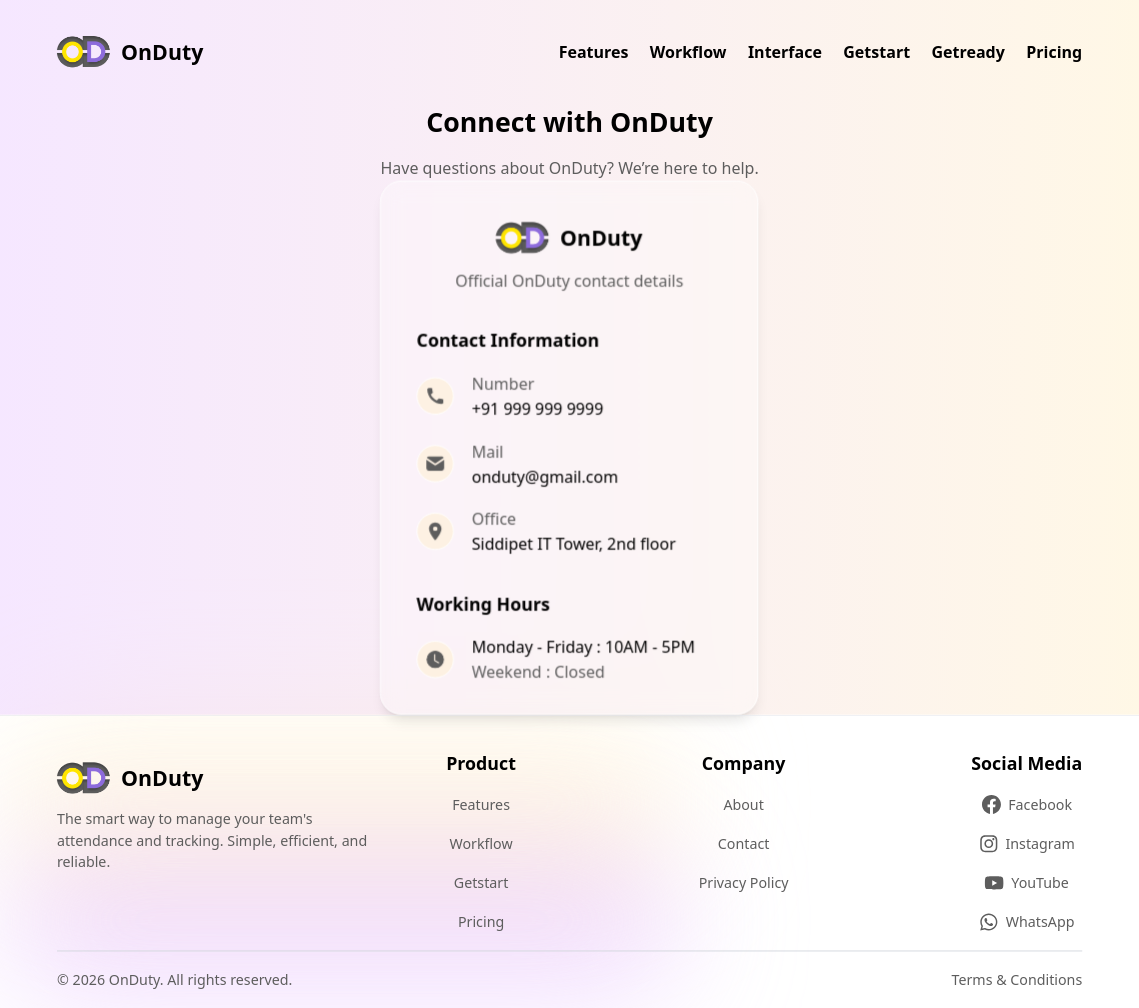
Repository: shekharzorin/ONDUTY-V1
Page: /contact
The author's editor kept a copy of each file at every save. The page is drawn from the files as they stood at one save, then again after the next save.
The browser window is 1280 px wide. The pictures show the whole page, at 89% of full size.
The project was rebuilt for these pictures with package versions that can differ from the ones it lists, and the page was loaded fresh each time. The framework's server and built-in components were replaced by stand-ins that run in the browser. Also part of the build but not shown: next.config.mjs, vite.config.js, app/components/ui/Crossicon.tsx.

Above is the page before, as saved 2026-01-17 16:39:41.

After the next save:
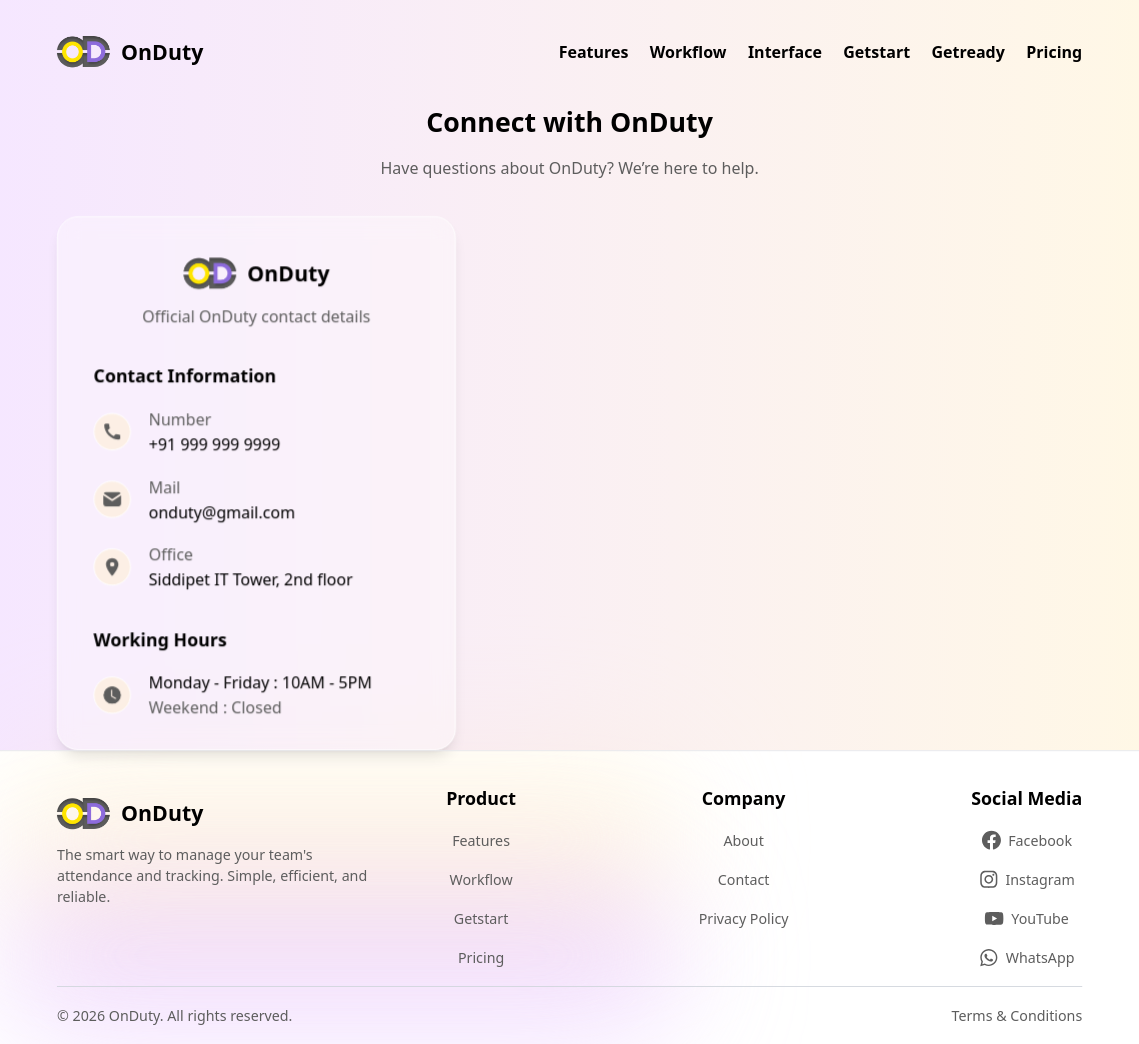
Saved 39 s later.
--- a/app/components/sections/contact.tsx
+++ b/app/components/sections/contact.tsx
@@ -22,8 +22,8 @@ const Contact = () => {
   }, []);
 
   return (
-    <section className="flex flex-col gap-10 px-4 sm:px-6 md:px-8 lg:px-12 xl:px-16 2xl:px-24 max-w-384 mx-auto w-full items-center justify-center bg-linear-to-r from-[#eccfff]/50 to-[#fff0cd]/50 min-h-screen">
-      <div className="flex flex-col mt-30 ">
+    <section className="px-4 sm:px-6 md:px-8 lg:px-12 xl:px-16 2xl:px-24 max-w-384 mx-auto w-full items-center justify-center bg-linear-to-r from-[#eccfff]/50 to-[#fff0cd]/50 min-h-screen">
+      <div className="flex flex-col mt-30 gap-10 ">
         <div className="flex flex-col items-center justify-centertext-center gap-5">
           <p className="text-2xl lg:text-3xl font-bold leading-[1.15] lg:text-balance justify-center items-center">
             Connect with OnDuty
